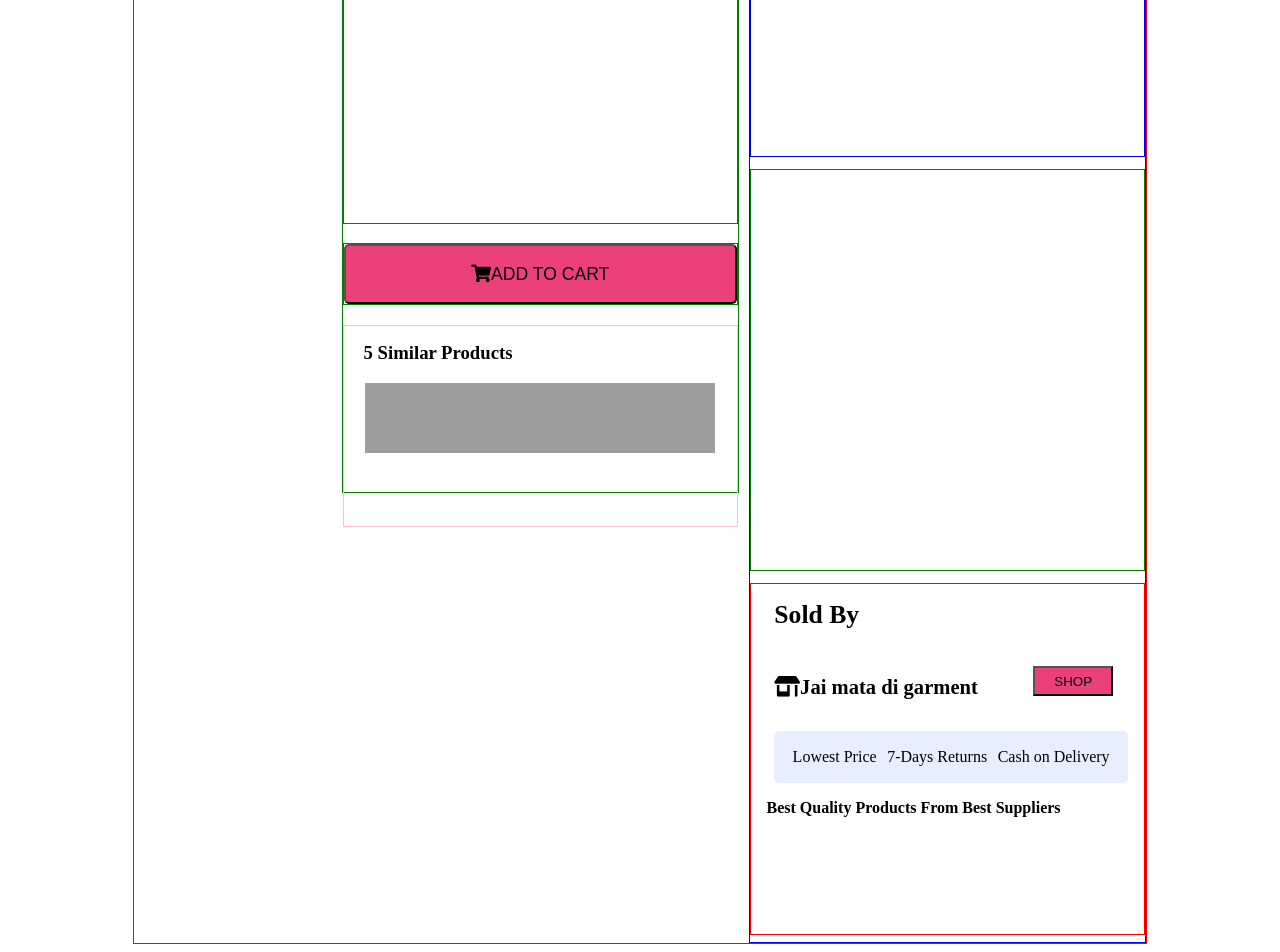
Repository: deepakxxxx/meesho
Page: catelog.html
An editor plug-in stored every save of this project. The page is shown before and after a run of saves, followed by the edit.
The browser window is 1280 px wide. The pictures show the part of the page from y = 419 to 1371 px (the page is 1371 px tall).
Pictures or frames that could not be fetched are drawn as grey boxes. A picture or video elsewhere on the page could not be fetched, so the positions and the page height are approximate.

Above is the page before, as saved 2021-11-06 17:53:29.

### catelog.html
<!DOCTYPE html>
<html lang="en">
<head>
    <meta charset="UTF-8">
    <meta http-equiv="X-UA-Compatible" content="IE=edge">
    <meta name="viewport" content="width=device-width, initial-scale=1.0">
    <link rel="stylesheet" href="https://use.fontawesome.com/releases/v5.15.4/css/all.css" integrity="sha384-DyZ88mC6Up2uqS4h/KRgHuoeGwBcD4Ng9SiP4dIRy0EXTlnuz47vAwmeGwVChigm" crossorigin="anonymous">
    <title>Document</title>
</head>
<style>
      #main{
        width: 100%;
        height: 136px;
        border: 1px solid white;
        margin: auto;
        /* position: fixed; */
    }
    #top{
        width: 100%;
        height: 70px;
        /* border: 1px solid red; */
        display: flex;

    }
    #left{
        display: flex;
        width: 55%;
    }
    #meesho{
      text-decoration: none;
      font-size: 50px;
      color: #F06292;
      font-weight: bold;
      margin-left: 25%;
      margin-top: 1%;
      /* margin-right: 0px; */
    }
    #search{
        /* margin-left: 30%; */
        height: 60px;
        width: 400px;
        border-radius: 6px;
        margin-top: 1%;
        /* margin-left: 0px; */
        border: 1px solid #BDBDBD;
        font-size: 90%;
        /* margin-right: 60%; */
    }
    #right{
        display: flex;
        list-style-type: none;
        column-gap: 30px;

    }
    #rightmain{
        width: 45%;
        margin-right: 6%;
        /* margin-top: 9px; */
    }
    #app{
        text-decoration: none;
        margin-left: 10px;
        margin-top: 9px;
        font-size: 103%;
        color: black;
    }
    #supp{
        text-decoration: none;
        margin-top: 9px;
        font-size: 103%;
        color: black;
    }
    #profile{
        text-decoration: none;
        font-size: 103%;
        color: black;
    }
    #cart{
        text-decoration: none;
        font-size: 103%;
        color: black;
    }
    #app:hover{
        color: #EC407A;
        text-decoration: underline;
    }
    #profile:hover{
        color: #EC407A;
        text-decoration: underline;
    }
    .line1{
        height: 30px;
    }
    .line2{
        color: #BDBDBD;
    }
    #heading
    {
        width: 73%;
        margin:  5% auto auto auto ;
        display: grid;
        grid-template-columns: 23% 54% 23%;
        padding: 1%;
        position: sticky;
    }
    #topic{
        margin-top:-15px;
        text-align: center;
    }
    #collection{
        display: flex;
        margin-left: 2%;
        list-style-type: none;
        font-size: 105%;
        column-gap: 63px;

    }
    ul > a{
        text-decoration: none;
        color: black;
    }
    ul > a :hover{
        color: #EC407A;
        /* text-decoration: underline; */
    }
    #container{
        width: 80%;
        border: 1px solid red;
        margin: auto;
        display: flex;
        margin-top: 1%;
        column-gap: 1%;
    }
    #smallImg{
        width: 20%;
        /* border: 1px solid blue; */
        height: 300px;
    }
    #bigImg{
        width: 40%;
        border: 1px solid green;
        height: 750px;
    }
    #descr{
        width: 40%;
        border: 1px solid blue;
        height: 1200px;
    }
    .product_sneek_peek{
        width: 70px;
        height: 70px;
        border: 1px solid red;
        margin-left: 69%;
        border-radius: 5px;
    }
    #imgDi{
        width: 99.5%;
        height: 480px;
        border: 1px solid red;
    }
    #addto{
        width: 99.5%;
        height: 60px;
        border: 1px solid green;
        margin-top: 5%;
    }
    #addto > button{
        width: 100%;
        height: 100%;
        background-color: #EC407A;
        font-size: 110%;
        border-radius: 5px;
    }
    #similar{
        width: 99.5%;
        height: 200px;
        border: 1px solid pink;
        margin-top: 5%;
    }
    #deta{
        width: 99.5%;
        height: 200px;
        border: 1px solid red;
    }
    #sizes{
        width: 99.5%;
        height: 200px;
        border: 1px solid blue;
        margin-top: 3%;
    }
    #infor{
        width: 99.5%;
        height: 400px;
        border: 1px solid green;
        margin-top: 3%;
    }
    #deler{
        width: 99.5%;
        height: 350px;
        border: 1px solid red;
        margin-top: 3%;
    }
    #similar > h3{
        margin-left: 5%;
        margin-top: 4%;
    }
    #simimg{
        display: flex;
        justify-content: center;
    }
    #simimg > img{
        width: 70px;
        height: 70px;
    }
    #deler > h3{
        margin-top: 4%;
        margin-left: 6%;
        font-size: 160%;
    }
    #sho{
        display: flex;
        margin-left: 6%;
        column-gap: 15%;
        font-size: 110%;
    }
    #sho > button{
        width: 80px;
        height: 30px;
        margin-top: 3%;
        background-color: #EC407A;
    }
    #sho1{
        display: flex;
        margin-left: 6%;
        column-gap: 3%;
        border: 1px solid #e7eeff;
        justify-content: center;
        margin-right: 4%;
        background-color: #e7eeff;
        margin-top: 3%;
        border-radius: 5px;
    }
    #deler > h4{
        margin-top: 4%;
        margin-left: 4%;
    }
</style>
<body>
    <div id="main">

        <div id="top">
            <div id="left">
             <span><a href="" id="meesho"><img src="https://cdn.hevodata.com/customer/logo/8c76f62bd88177a78bb6e2810a244446.png" alt="" rel = "icon" width="40%"></span></a>
             <span><input type="search" id="search" placeholder="Try Saree,Kurti or Search by Product Code"> </span>
            </div>
            <div id="rightmain">
                <ul id="right">
                    <div id="app">
                      <li><a href="" id="app"><i class="fas fa-mobile-alt"></i></a><a href="" id="app">Download App</a></li>

                    </div>
                    <hr class="line1">
                    <div id="supp">
                      <li><a href="" id="supp">Become a Supplier</a></li>

                    </div>
                    <hr class="line1">
                    <div>
                       <a href="" id="profile"><i class="far fa-user"></i></a>
                      <li><a href="" id="profile">Profile</a></li>
                    </div>

                    <hr class="line1">
                    <div>
                      <a href="" id="cart"><i class="fas fa-shopping-cart"></i></a>
                      <li><a href="" id="cart">Cart</a></li></li>
                    </div>

                </ul>
            </div>
        </div>

        <hr class="line2">
        <div id="secondLine">
        <ul id="collection">
            <a href="" class="same"><li>Women Ethnic</li></a>

            <a href="" class="same"><li>Women Western</li></a>

            <a href="" class="same"><li>Jewellery & Accessories</li></a>
            <a href="" class="same"><li>Men</li></a>
            <a href="" class="same"><li>Beauty & Health</li></a>
            <a href="" class="same"><li>Bags & Footwear</li></a>
            <a href="" class="same"><li>Home & Kitchen</li></a>
            <a href="" class="same"><li>Kids</li></a>
            <a href="" class="same"><li>Electronics</li></a>
        </ul>
      </div>
      <hr class="line2">
    </div>

    <div id="container">
        <div id="smallImg">
            <div class="product_sneek_peek">

            </div>
        </div>
        <div id="bigImg">
            <div id="imgDi">

            </div>
            <div id="addto">
                <button><i class="fas fa-shopping-cart"></i>ADD TO CART</button>
            </div>
            <div id="similar">
            <h3>5 Similar Products</h3>
            <div id="simimg">
                <img src="https://images.meesho.com/images/products/59272960/fddtp_512.jpg"/>
                <img src="https://images.meesho.com/images/products/59272964/a4l8y_512.jpg"/>
                <img src="https://images.meesho.com/images/products/59272962/azz7k_512.jpg"/>
                <img src="https://images.meesho.com/images/products/59272963/a5qjv_512.jpg"/>
                <img src="https://images.meesho.com/images/products/59272961/mx9tt_512.jpg"/>
            </div>
            </div>
        </div>
        <div id="descr">
            <div id="deta"></div>
            <div id="sizes"></div>
            <div id="infor"></div>
            <div id="deler">
                <h3>Sold By</h3>
                <div id="sho">
                    <h3><i class="fas fa-store-alt"></i>Jai mata di garment</h3>
                    <button>SHOP</button>
                </div>
                <div id="sho1">
                <p>Lowest Price</p>
                <p>7-Days Returns</p>
                <p>Cash on Delivery</p>
                </div>
                <h4>Best Quality Products From Best Suppliers</h4>
            </div>
        </div>
    </div>
</body>
</html>

After the next 2 saves:
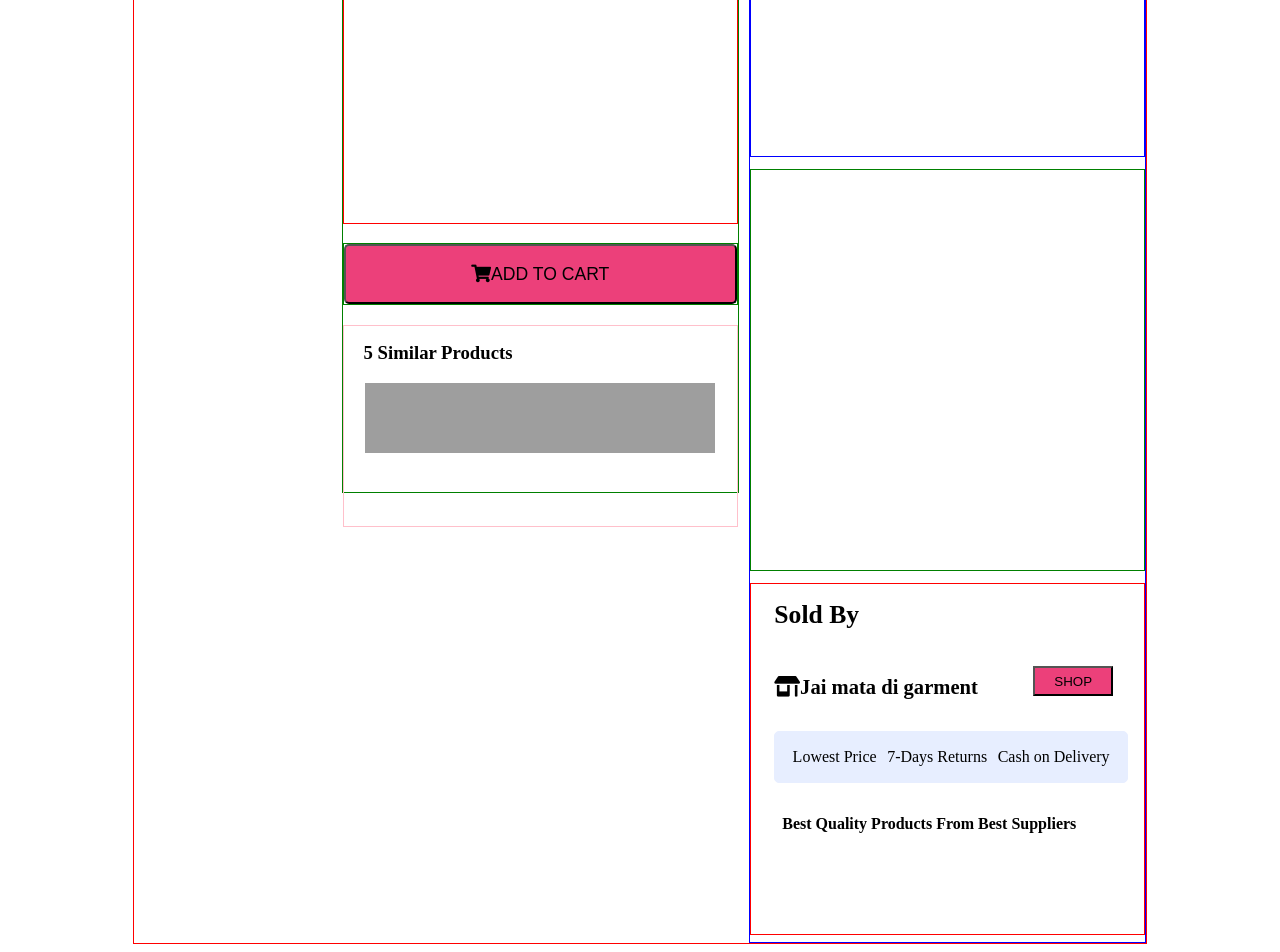
The 2 saves are shown as one change because they came seconds apart.
The last was saved 25 s later.
--- a/catelog.html
+++ b/catelog.html
@@ -241,8 +241,8 @@
         border-radius: 5px;
     }
     #deler > h4{
-        margin-top: 4%;
-        margin-left: 4%;
+        margin-top: 8%;
+        margin-left: 8%;
     }
 </style>
 <body>
